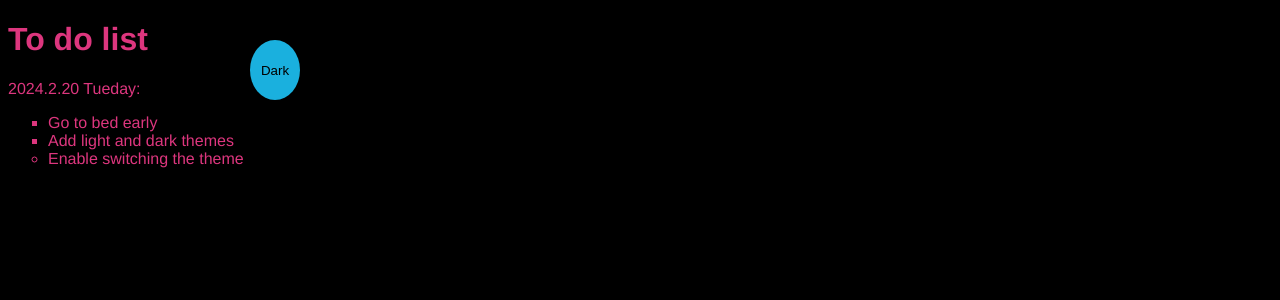
Repository: MaggieMengXingchen/Class-4
Page: index.html
The author's editor kept a copy of each file at every save. The page is drawn from the files as they stood at one save, then again after a run of saves.
The browser window is 1280 px wide. The pictures show the whole page.

Above is the page before, as saved 2024-02-20 15:22:08.

### index.html
<!DOCTYPE html> <!-- 定义文档类型，告诉浏览器这是一个HTML5文档 -->
<html lang="en"> <!-- 根元素，定义了整个HTML文档，lang属性指定文档的主要语言为英语 -->
<head>
    <meta charset="UTF-8"> <!-- 定义字符编码为UTF-8，支持大多数语言的字符 -->
    <meta name="viewport" content="width=device-width, initial-scale=1.0"> <!-- 视口设置，确保网页在不同设备上正确显示，实现响应式设计 -->
    <title>Document</title> <!-- 定义网页标题 -->
    <Link rel="stylesheet" href="main.css"> <!-- 链接外部CSS文件，用于定义网页的样式 -->
        <noscript>You need to enable JavaScript to view the full site.</noscript> <!-- 如果浏览器禁用了JavaScript，显示这段文本 -->
</head>
<body class="dark-theme"><!-- 使用class属性应用暗色主题的样式，通过改变class值可以切换主题 -->
    <h1>To do list</h1> <!-- 页面的主标题 -->
    <p id="msg">2024.2.20 Tueday:</p> <!-- 段落标签，定义了一个文本区域 -->
    <ul> <!-- 定义一个无序列表 -->
        <li class="list">Go to bed early</li> <!-- 列表项，应用了class="list"的样式，显示为方形项目符号 -->
        <li class="list">Add light and dark themes</li> <!-- 同上 -->
        <li>Enable switching the theme</li> <!-- 无特殊样式的列表项，默认圆形项目符号 -->
    </ul>
    <div>
        <button class="btn">Dark</button> <!-- 定义一个按钮，应用了.btn样式 -->
    </div>
    <script src="app.js"></script> <!-- 引入外部JavaScript文件，用于添加交互功能 -->
</body>

<script>alert('Hello World')</script> <!-- 内嵌JavaScript代码，加载网页时弹出"Hello World"警告框 -->
</html>

### main.css
:root {
    --green: #dd367e; /* 定义绿色变量，颜色代码为#00FF00 */
    --white: #1ab0de; /* 定义白色变量，颜色代码为#FFFFFF */
    --black: #000000; /* 定义黑色变量，颜色代码为#000000 */
}
body {
    background-color: var(--bg); /* 设置body背景颜色，使用变量--bg */
    color: var(--fontColor); /* 设置body文字颜色，使用变量--fontColor */
    font-family: Helvetica; /* 设置body字体为Helvetica */
}
/*将所有无序列表（<ul>标签）的字体设置为Helvetica字体*/
li {
    list-style: circle; /* 设置列表项前的符号为圆圈 */
}
.list {
    list-style: square; /* 设置class为list的列表项前的符号为正方形 */
}
.btn {
    position: absolute; /* 设置按钮位置为绝对定位 */
    top: 40px; /* 设置按钮距离顶部20像素 */
    left: 250px; /* 设置按钮距离左边250像素 */
    height: 60px; /* 设置按钮高度为50像素 */
    width: 50px; /* 设置按钮宽度为50像素 */
    border-radius: 50%; /* 设置按钮边角为圆形 */
    border: none; /* 设置按钮无边框 */
    color: var(--btnFontColor); /* 设置按钮文字颜色，使用变量--btnFontColor */
    background-color: var(--btnBg); /* 设置按钮背景颜色，使用变量--btnBg */
}
.light-theme {
    --bg: var(--green); /* 浅色主题下，设置背景颜色为绿色 */
    --fontColor: var(--black); /* 浅色主题下，设置文字颜色为黑色 */
    --btnBg: var(--black); /* 浅色主题下，设置按钮背景颜色为黑色 */
    --btnFontColor: var(--white); /* 浅色主题下，设置按钮文字颜色为白色 */
}
.dark-theme {
    --bg: var(--black); /* 深色主题下，设置背景颜色为黑色 */
    --fontColor: var(--green); /* 深色主题下，设置文字颜色为绿色 */
    --btnBg: var(--white); /* 深色主题下，设置按钮背景颜色为白色 */
    --btnFontColor: var(--black); /* 深色主题下，设置按钮文字颜色为黑色 */
}

### app.js
const switcher = document.querySelector('.btn'); // 选取页面中class为'.btn'的元素，通常是一个按钮，并赋值给变量switcher。

switcher.addEventListener('click', function() { // 为switcher元素添加一个点击事件监听器。
    document.body.classList.toggle('light-theme'); // 切换<body>元素的class，如果有'light-theme'则移除，没有则添加。
    document.body.classList.toggle('dark-theme'); // 同上，但是对'dark-theme'类进行操作。

    const className = document.body.className; // 获取<body>元素当前的className并赋值给变量className。
    if(className == "light-theme") { // 如果当前className是"light-theme"，则执行以下操作：
        this.textContent = "Dark"; // 将按钮的文本内容设置为"Dark"。
    } else { // 如果当前className不是"light-theme"，即暗色主题，则执行以下操作：
        this.textContent = "Light"; // 将按钮的文本内容设置为"Light"。
    }
});

After the next 2 saves:
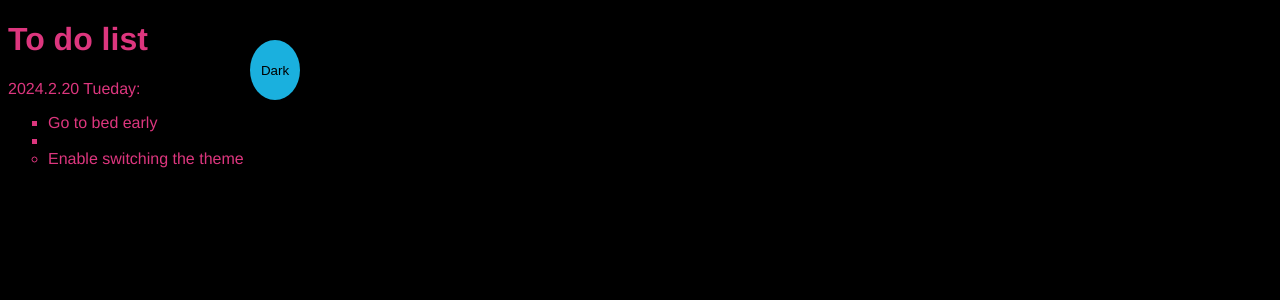
The 2 saves are shown as one change because they came seconds apart.
The last was saved 26 s later.
--- a/index.html
+++ b/index.html
@@ -12,7 +12,7 @@
     <p id="msg">2024.2.20 Tueday:</p> <!-- 段落标签，定义了一个文本区域 -->
     <ul> <!-- 定义一个无序列表 -->
         <li class="list">Go to bed early</li> <!-- 列表项，应用了class="list"的样式，显示为方形项目符号 -->
-        <li class="list">Add light and dark themes</li> <!-- 同上 -->
+        <li class="list"></li> <!-- 同上 -->
         <li>Enable switching the theme</li> <!-- 无特殊样式的列表项，默认圆形项目符号 -->
     </ul>
     <div>
